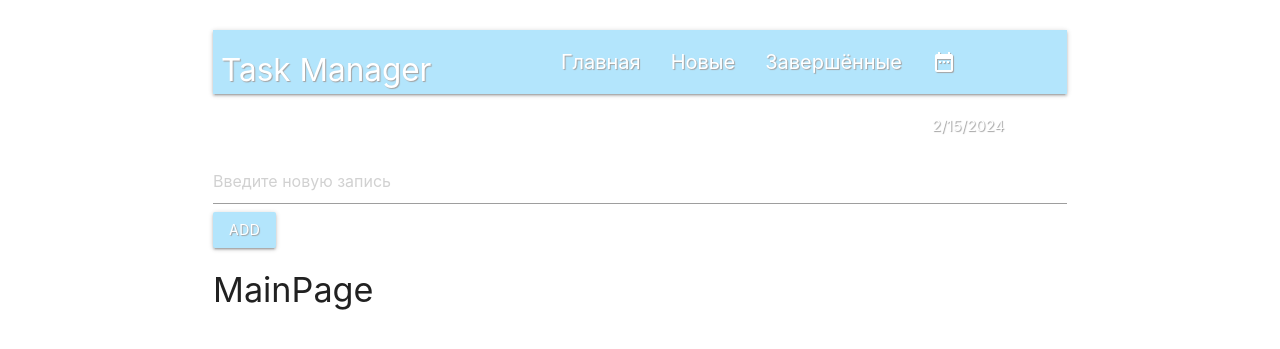
Repository: iveivs/myReactTaskManager
Page: /
The author's editor kept a copy of each file at every save. The page is drawn from the files as they stood at one save, then again after the next save.
The browser window is 1280 px wide. The pictures show the whole page.
The project was rebuilt for these pictures with package versions that can differ from the ones it lists, and the page was loaded fresh each time. Also part of the build but not shown: vite.config.js, src/components/DoneTasks.jsx, src/components/NewTasks.jsx.

Above is the page before, as saved 2024-02-15 10:36:05.

After the next save:
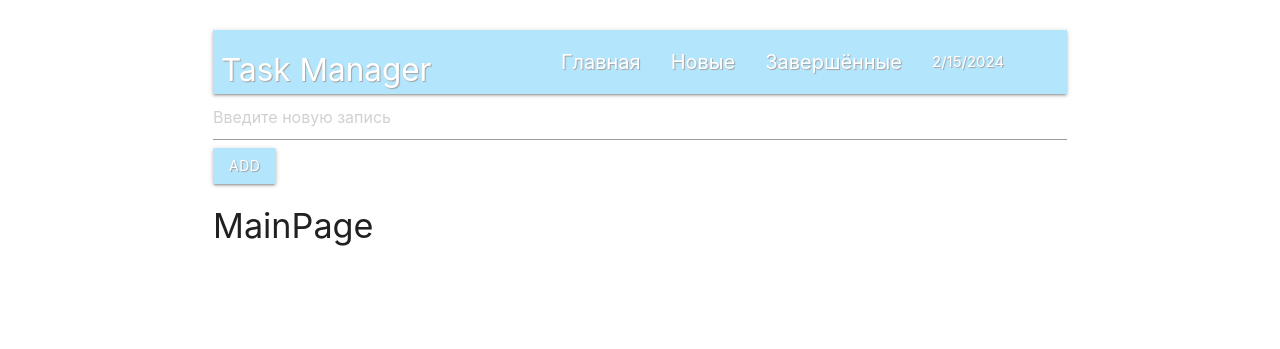
Saved 43 s later.
--- a/src/components/DateElement.jsx
+++ b/src/components/DateElement.jsx
@@ -6,7 +6,7 @@ export default function DateElement () {
     useEffect
     return (
         <>
-            <i className="material-icons">date_range</i>
+            {/* <i className="material-icons">date_range</i> */}
             {now.toLocaleDateString()}
         </>
     )
